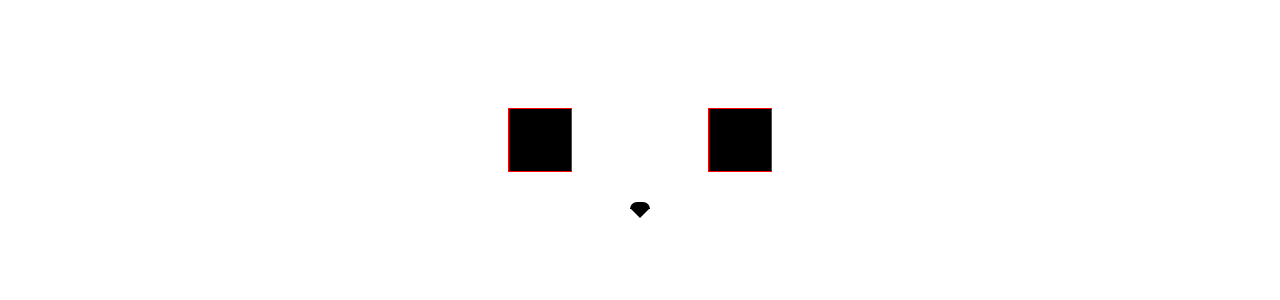
Repository: chenguocan/Pokemon
Page: src/index.html
These files come from the project's save history. The page is drawn as it stood at one moment and after the next save; the edit follows.
The browser window is 1280 px wide. The pictures show the whole page.

Above is the page before, as saved 2020-08-16 11:04:07.

### src/index.html
<!DOCTYPE html>
<html lang="en">

<head>
    <meta charset="UTF-8">
    <meta name="viewport"
        content="width=device-width,initial-scale=1,minimum-scale=1,maximum-scale=1,user-scalable=no,viewport-fit=cover">
    <title>皮卡丘</title>
    <link rel="stylesheet" href="./style.css">
</head>

<body>
    <div class="skin">

        <div class="eye left"></div>
        <div class="eye right"></div>
        <div class="nose">
            <div class="san">
                <div class="yuan"></div>
            </div>
        </div>
        <div class="face"></div>
        <div class="face"></div>
        <div class="mouth"></div>
    </div>
    <script src="./main.js"></script>
</body>

</html>

### src/style.css
*{
    box-sizing: border-box;
}
*::after{
    box-sizing: border-box;
}
*::before{
    box-sizing: border-box;
}
.skin{
    position: relative;
}
.san{
    border: 10px solid;
    border-color:black transparent transparent transparent;
    width: 0px;
    height: 0px;
    position: relative;
    left: 50%;
    top: 200px;
    margin-left: -10px;
}
.yuan{
    position: absolute;
    width: 20px;
    height: 7px;
    background:black;
    top:-16px;
    left:-10px;
    border-radius:14px 14px 0 0;
}
.eye{
    border:1px solid red;
    width: 64px;
    height: 64px;
    position: absolute;
    left: 50%;
    margin-left: -32px;
    top: 100px;
    background:#000;
}
.left{
    transform: translateX(-100px);
}
.right{
    transform: translateX(100px);
}

Loaded but not shown: src/main.js (no stored copy; drawn as an empty file)

After the next save:
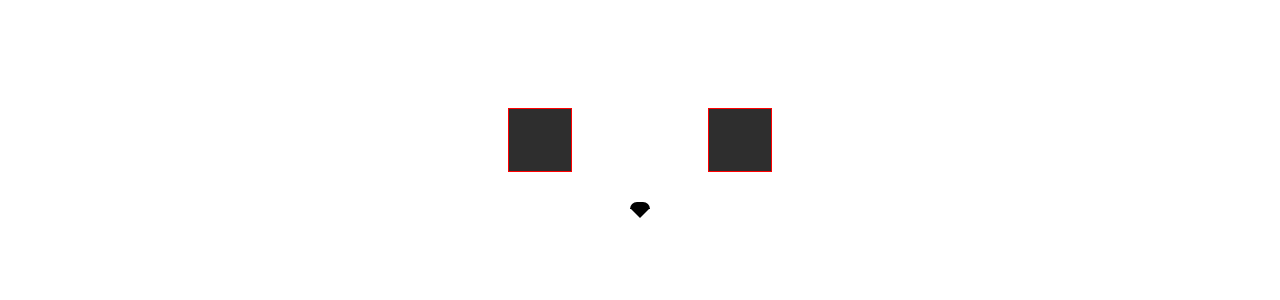
Saved 21 s later.
--- a/src/style.css
+++ b/src/style.css
@@ -37,7 +37,7 @@
     left: 50%;
     margin-left: -32px;
     top: 100px;
-    background:#000;
+    background:#2e2e2e;
 }
 .left{
     transform: translateX(-100px);
